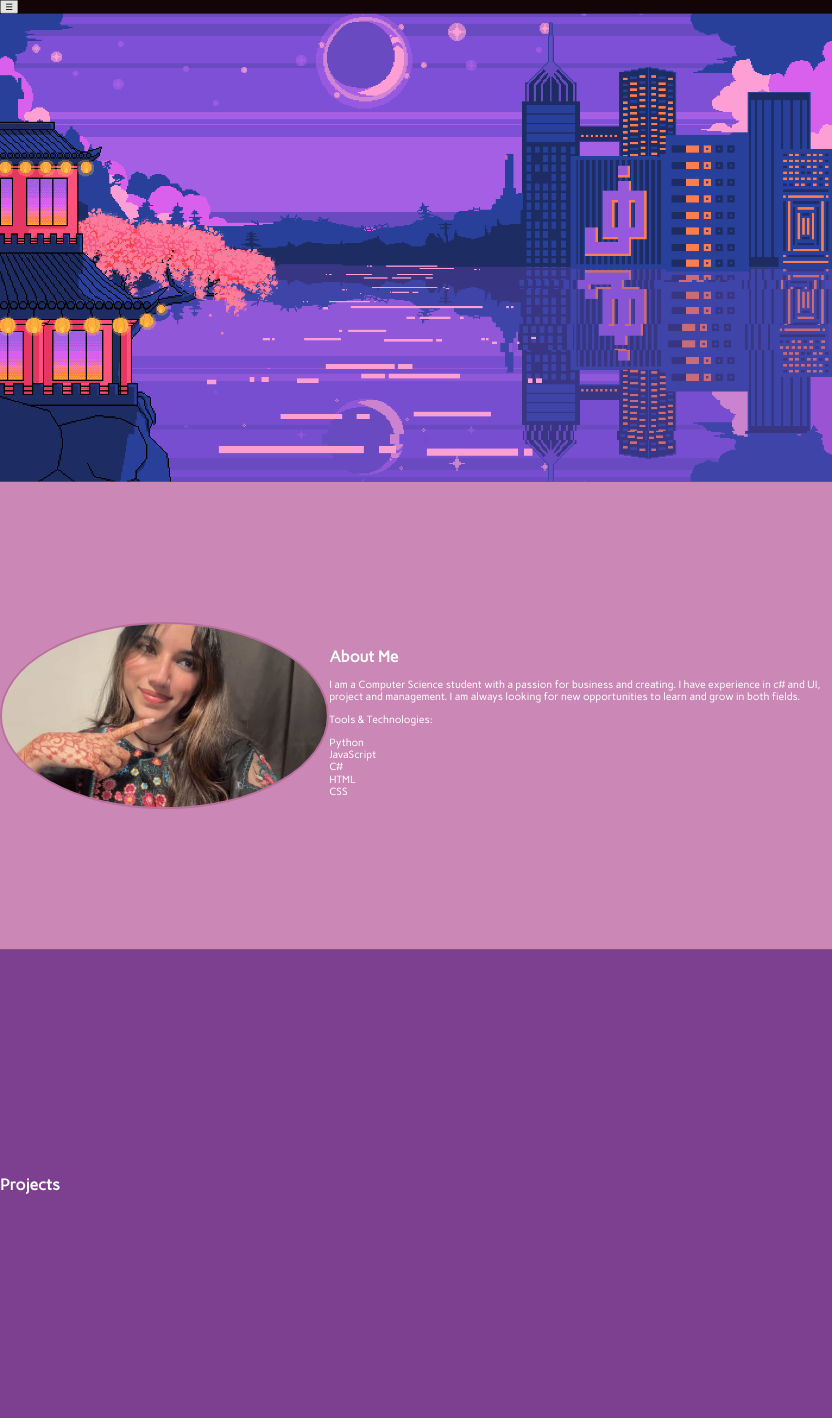
Repository: Rameen-A/Rameen-A
Page: index.html
An editor plug-in stored every save of this project. The page is shown before and after the next save, followed by the edit.
The browser window is 1280 px wide. The pictures show the whole page, at 65% of full size.

Above is the page before, as saved 2026-05-05 13:27:46.
Console error: TypeError: Cannot read properties of null (reading 'addEventListener')

### index.html
<!DOCTYPE html>
<html lang="en">
  <head>
    <meta charset="UTF-8" />
    <meta name="viewport" content="width=device-width, initial-scale=1.0" />
    <title>My Portfolio Project</title>
    <link rel="stylesheet" href="styles/globals.css" />
    <link rel="stylesheet" href="styles/index.css" />
  </head>
  <body>
    <nav class="sidebar">
      <button class="menu-toggle" aria-label="Open Menu">☰</button>
      <ul class="menu">
        <li><a href="#about">About me</a></li>
        <li><a href="#projects">View Projects</a></li>
        <li><a href="#contact">My Info </a></li>
      </ul>
    </nav>
    <!-- Hero Section -->
    <section class="hero">
      <article>
        <h1>Rameen Amir</h1>
        <h2>Computer Science student | Business Artist</h2>
        <a href="#projects">View Projects</a>
      </article>
    </section>
    <!-- About Section -->
    <section class="about" id="about">
      <img
        src="assets/images/686415663_1672869123865112_6993977710073232581_n.jpg"
        alt="Profile Picture"
      />
      <div class="about-content">
        <h2 class="aboutMe">About Me</h2>
        <p>
          I am a Computer Science student with a passion for business and
          creating. I have experience in c# and UI, project and management. I am
          always looking for new opportunities to learn and grow in both fields.
        </p>
        <p class="tools-labels">Tools & Technologies:</p>
        <ul class="tools-list">
          <li>Python</li>
          <li>JavaScript</li>
          <li>C#</li>
          <li>HTML</li>
          <li>CSS</li>
        </ul>
      </div>
    </section>
    <!-- Projects Section -->
    <section class="projects" id="projects">
      <h2>Projects</h2>
      <div class="cards">
        <article class="card">
          <h3>Pac-man game</h3>
          <p>
            A console PacMan style game built in C# for Programming 1. Features
            a live timer, score tracking, high score system, and a main menu
            rendered entirely in the terminal.
          </p>
          <p class="tech">C# · .NET · Console</p>
          <a href="" target="_blank">View Code</a>
        </article>
        <article class="card">
          <h3>Trash Sorting AI</h3>
          <p>
            A machine learning model trained on Teachable Machine to classify
            garbage into 4 categories: glass, plastic, paper, and metal.
            Integrated with a p5.js web app that sends predictions to a
            Raspberry Pi Pico via serial, lighting up different LEDs based on
            the result.
          </p>
          <p class="tech">
            Teachable Machine · p5.js · Arduino · Raspberry Pi Pico
          </p>
          <a href="" target="_blank">View Project</a>
        </article>
      </div>
    </section>
  </body>
  <script>
    const button = document.querySelector(".menu-button");
    const menu = document.querySelector(".menu");

    button.addEventListener("click", () => {
      menu.classList.toggle("show");
    });
  </script>
</html>

### styles/globals.css
/* FONT DEFS */
@font-face {
    font-family: "main font";
    src: url(../assets/fonts/Carme/Carme-Regular.ttf);
  }

  /* CROSS PAGE STYLES */
  body {
    color: white;
    font-family: "main font", Verdana, sans-serif;
  }

  h1 {
    font-weight: bold;
    text-transform: uppercase;
    font-size: 1.5rem;
  }

  a {
    text-decoration: none;
    color: white;
    font-size: 0.75rem;
  }
  ul {
    list-style: none;
    padding: 0;
    margin: 0;
  }
a:hover{

}

### styles/index.css
body {
  margin: 0;
  background-color: rgb(19, 5, 5);
}

.hero {
  display: flex;
  align-items: center;
  justify-content: center;
  text-align: center;
  height: 100vh;

  background-image: url(../assets/images/9a61269bd961543ec7b161a66536ad3a.gif);
  background-size: cover;
  background-position: center;
  background-repeat: no-repeat;
}

section a {
  border: 2px solid white;
  padding: 0.5rem; /* rem for padding/margin */
  border-radius: 20px; /* px fine for offsets */
}

article {
  opacity: 0;
  transition: opacity 0.5s ease-in;
}
/*menu bar */
.menu {
  position: fixed;
  top: 0;
  left: -250px; /* 👈 hidden off screen */
  width: 200px;
  height: 100vh;
  background: rgba(0, 0, 0, 0.9);

  display: flex;
  flex-direction: column;
  padding-top: 5rem;
}
.menu-button {
    font-size: 2rem;

    background: transparent;  /* removes white background */
    border: none;             /* removes border */
    outline: none;            /* removes focus outline */

    color: white;             /* makes ☰ white */
    cursor: pointer;
  }


.projects {
  /*project section*/
  display: flex;
  align-items: center;
  justify-content: center;
  min-height: 100vh;
  background-color: rgb(125, 64, 144);
}
/*about me section */
.about {
  display: flex;
  align-items: center;
  justify-content: center;
  min-height: 100vh;

  background-color: rgb(203, 135, 181);
}
.about img {
  object-fit: cover; /*internet */
  border-radius: 50%;
  display: inline-block;
  vertical-align: middle;
  border: 3px solid rgba(118, 20, 57, 0.2);
  width: auto;
  height: auto;
  overflow: hidden;
}

section:hover article {
  opacity: 1;
}
.sidebar {
}

/* nav mods */
nav {
  position: sticky;
  top: 0;
}

nav ul {
  display: flex;
  justify-content: flex-end;
  margin: 0;
}

nav ul li {
  list-style: none;
  margin: 1rem;
}

/*mobile-first */

nav ul {
  justify-content: center;
}

/*Tablet and desktop support*/
@media (min-width: 768px) {
  nav ul {
    justify-content: flex-end;
  }
}

After the next save:
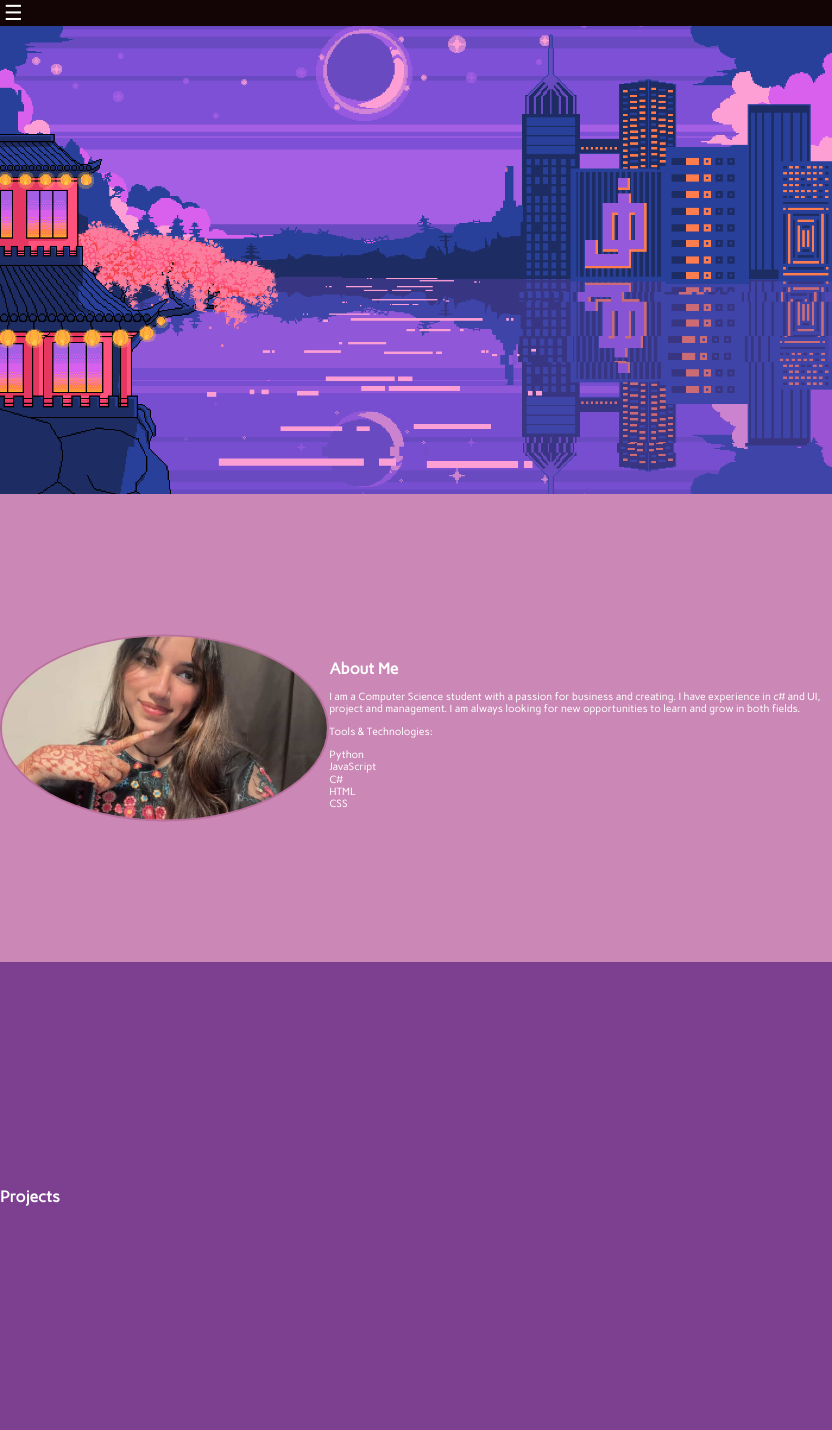
The error is gone.
Saved 2 min 32 s later.
--- a/index.html
+++ b/index.html
@@ -9,7 +9,7 @@
   </head>
   <body>
     <nav class="sidebar">
-      <button class="menu-toggle" aria-label="Open Menu">☰</button>
+      <button class="menu-button">☰</button>
       <ul class="menu">
         <li><a href="#about">About me</a></li>
         <li><a href="#projects">View Projects</a></li>
@@ -79,7 +79,7 @@
     </section>
   </body>
   <script>
-    const button = document.querySelector(".menu-button");
+    const button = document.querySelector(".menu-button"); // ✅ FIXED
     const menu = document.querySelector(".menu");
 
     button.addEventListener("click", () => {
